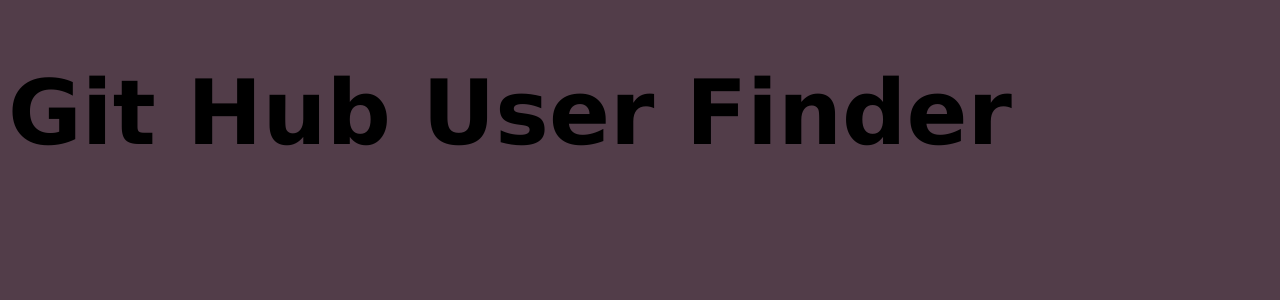
Repository: Dharshinimk-521/github-user-finder
Page: index.html
An editor plug-in stored every save of this project. The page is shown before and after the next save, followed by the edit.
The browser window is 1280 px wide. The pictures show the whole page.
Some web fonts or font styles are not loaded; a fallback is used.

Above is the page before, as saved 2026-04-13 20:54:47.

After the next save:
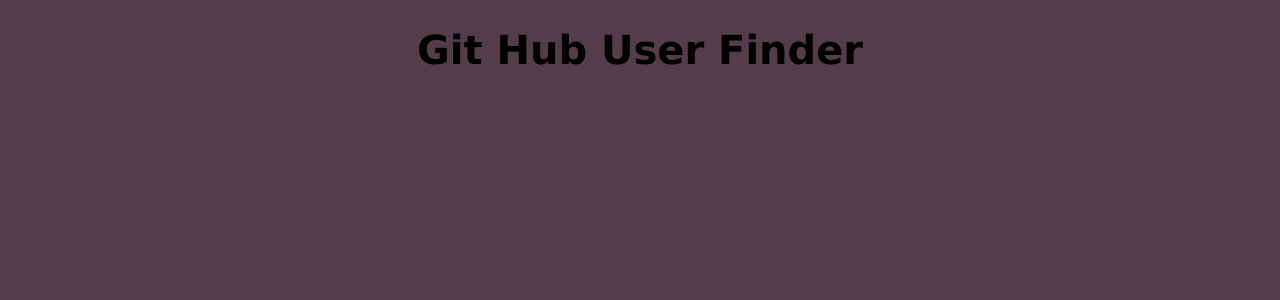
Saved 99 s later.
--- a/style.css
+++ b/style.css
@@ -1,5 +1,10 @@
 body{
     background-color: #523D49;
     font-family: Verdana, Geneva, Tahoma, sans-serif;
-    font-size: 45px;
+    color:black;
+    text-align: center;
 }
+.title{
+   font-size:40px;
+   text-decoration: dashed;
+}
